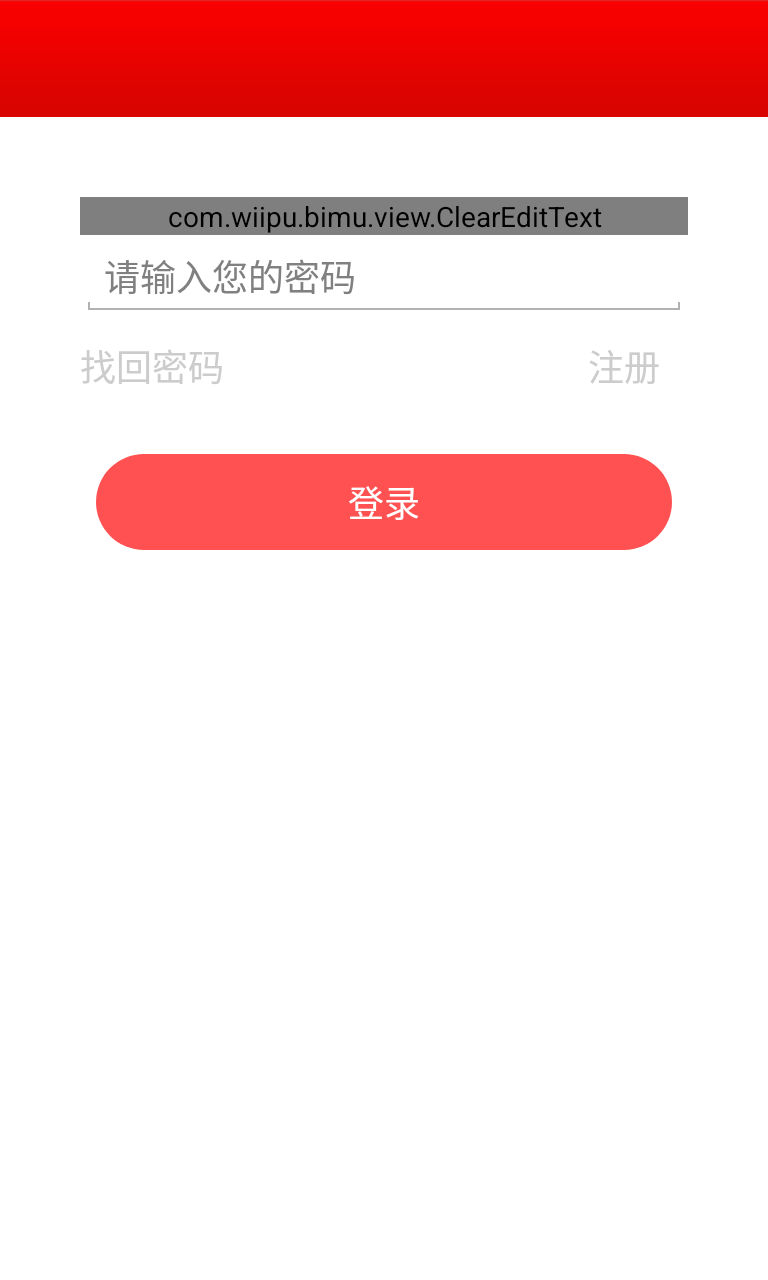
Repository: liuke0002/Projects
Layout: 智慧西电/SmartXD/res/layout/activity_login.xml
The author's editor kept a copy of each file at every save. The layout is drawn from the files as they stood at one save, then again after the next save.
Pictures or frames that could not be fetched are drawn as grey boxes. It is drawn on a 768 x 1280 px phone screen (xhdpi) without system bars, with theme AppTheme; the app's code is not run. The app's manifest (not shown) leaves right-to-left support off. So textAlignment, textDirection and layoutDirection are ignored, and left and right values win over start and end ones.

Above is the layout before, as saved 2016-04-27 04:53:54.

After the next save:
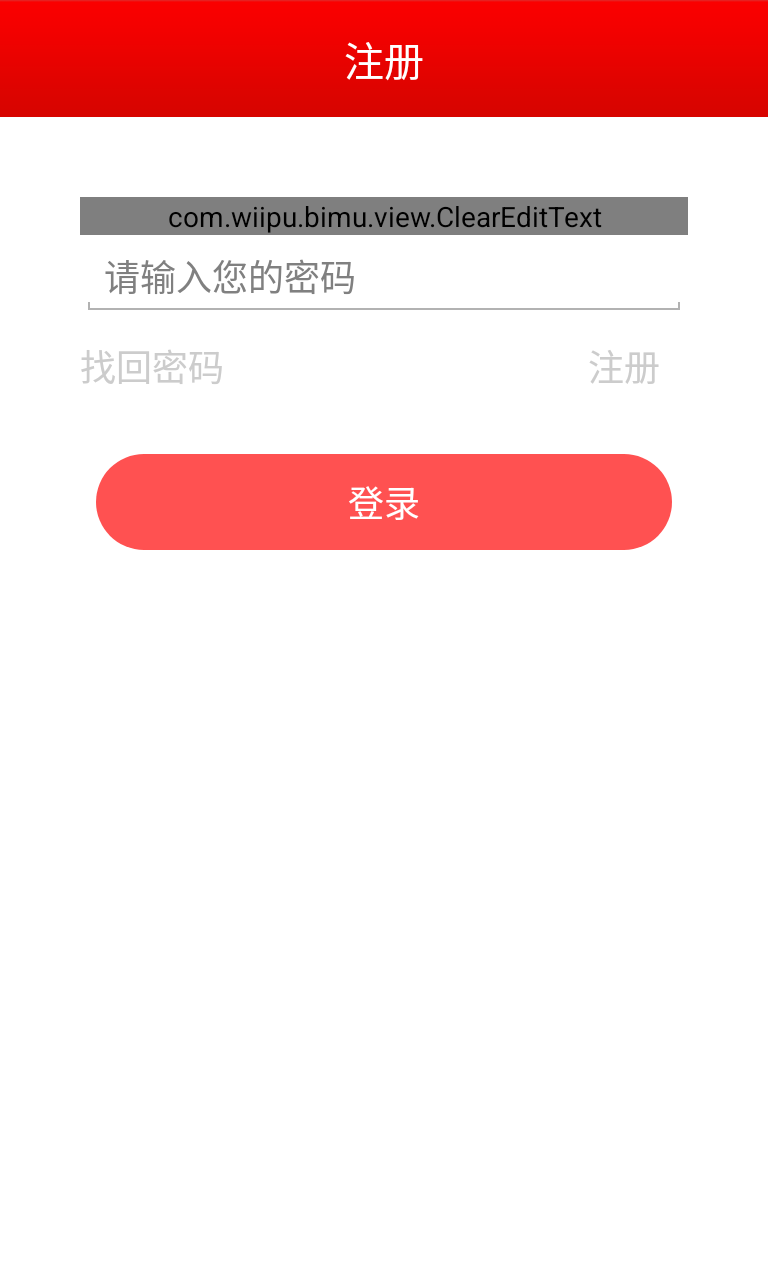
Saved 15 s later.
--- a/智慧西电/SmartXD/res/layout/activity_login.xml
+++ b/智慧西电/SmartXD/res/layout/activity_login.xml
@@ -27,6 +27,7 @@
             android:layout_width="wrap_content"
             android:layout_height="wrap_content"
             android:layout_centerInParent="true"
+            android:text="注册"
             android:textColor="@android:color/white"
             android:textSize="20sp" />
 
